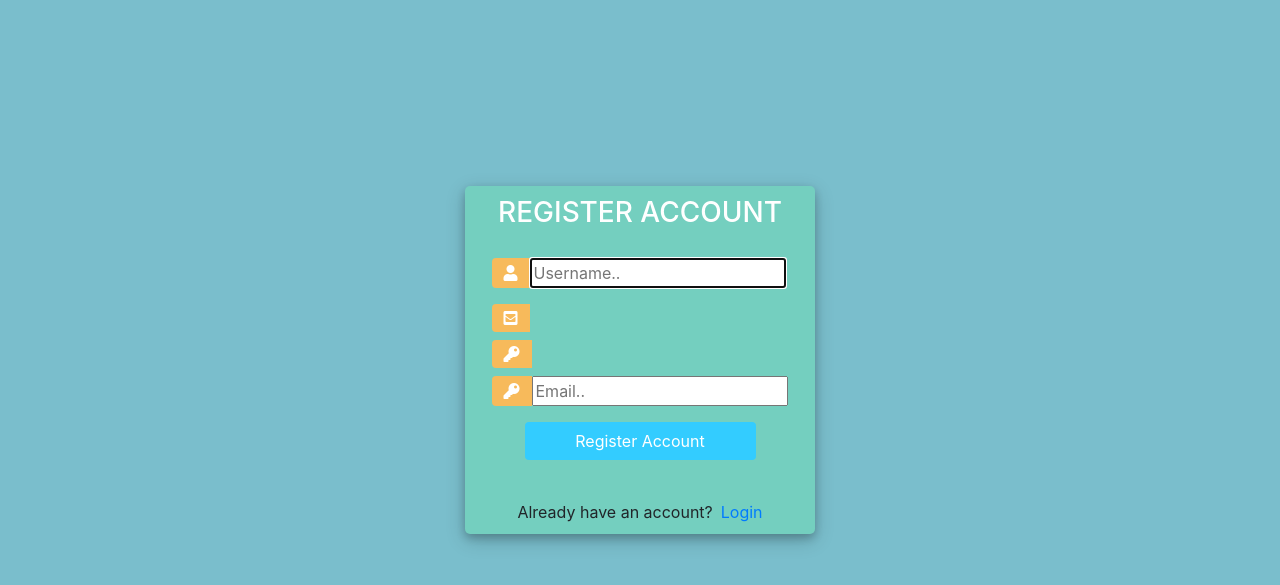
Repository: rohollah-naghipour/Login-form
Page: http://localhost/register/
The author's editor kept a copy of each file at every save. The page is drawn from the files as they stood at one save, then again after the next save.
The browser window is 1280 px wide. The pictures show the whole page.
Some web libraries are served in a nearby version. The page is served by the project's application, run on Django 5.2 (manage.py). Other server files are loaded and not shown.

Above is the page before, as saved 2024-12-04 18:19:02.
Console error: TypeError: Cannot set properties of undefined (setting 'placeholder')

### users/templates/register.html

<html>

<head>
	<title>Login</title>
	<link rel="stylesheet" href="https://stackpath.bootstrapcdn.com/bootstrap/4.1.3/css/bootstrap.min.css" integrity="sha384-MCw98/SFnGE8fJT3GXwEOngsV7Zt27NXFoaoApmYm81iuXoPkFOJwJ8ERdknLPMO" crossorigin="anonymous">
	<script src="https://ajax.googleapis.com/ajax/libs/jquery/3.3.1/jquery.min.js"></script>
	<link rel="stylesheet" href="https://use.fontawesome.com/releases/v5.6.1/css/all.css" integrity="sha384-gfdkjb5BdAXd+lj+gudLWI+BXq4IuLW5IT+brZEZsLFm++aCMlF1V92rMkPaX4PP" crossorigin="anonymous">

	<style>
		body,
		html {
			margin: 0;
			padding: 0;
			height: 100%;
			background: #7abecc !important;
		}
		.user_card {
			width: 350px;
			margin-top: auto;
			margin-bottom: auto;
			background: #74cfbf;
			position: relative;
			display: flex;
			justify-content: center;
			flex-direction: column;
			padding: 10px;
			box-shadow: 0 4px 8px 0 rgba(0, 0, 0, 0.2), 0 6px 20px 0 rgba(0, 0, 0, 0.19);
			-webkit-box-shadow: 0 4px 8px 0 rgba(0, 0, 0, 0.2), 0 6px 20px 0 rgba(0, 0, 0, 0.19);
			-moz-box-shadow: 0 4px 8px 0 rgba(0, 0, 0, 0.2), 0 6px 20px 0 rgba(0, 0, 0, 0.19);
			border-radius: 5px;

		}

		.form_container {
			margin-top: 20px;
		}

		#form-title{
			color: #fff;
		}
		.login_btn {
			width: 100%;
			background: #33ccff !important;
			color: white !important;
		}
		.login_btn:focus {
			box-shadow: none !important;
			outline: 0px !important;
		}
		.login_container {
			padding: 0 2rem;
		}
		.input-group-text {
			background: #f7ba5b !important;
			color: white !important;
			border: 0 !important;
			border-radius: 0.25rem 0 0 0.25rem !important;
		}
		.input_user,
		.input_pass:focus {
			box-shadow: none !important;
			outline: 0px !important;
		}

	</style>

</head>
<body>
	<div class="container h-100">
		<div class="d-flex justify-content-center h-100">
			<div class="user_card">
				<div class="d-flex justify-content-center">
					<h3 id="form-title">REGISTER ACCOUNT</h3>
				</div>
				<div class="d-flex justify-content-center form_container">

					<form method="POST" action="">
                        {% csrf_token %}
						<div class="input-group mb-3">
							<div class="input-group-append">
								<span class="input-group-text"><i class="fas fa-user"></i></span>
							</div>
							{{form.username}}
						</div>
						<div class="input-group mb-2">
							<div class="input-group-append">
								<span class="input-group-text"><i class="fas fa-envelope-square"></i></span>
							</div>
							{{form.email}}
						</div>
						<div class="input-group mb-2">
							<div class="input-group-append">
								<span class="input-group-text"><i class="fas fa-key"></i></span>
							</div>
							{{form.password}}
						</div>
						<div class="input-group mb-2">
							<div class="input-group-append">
								<span class="input-group-text"><i class="fas fa-key"></i></span>
							</div>
							<input type="text" name="password2">
						</div>

				   		<div class="d-flex justify-content-center mt-3 login_container">
				 			<input class="btn login_btn" type="submit" value="Register Account">
				   		</div>
					</form>
				</div>
                {{form.errors}}
				<div class="mt-4">
					<div class="d-flex justify-content-center links">
						Already have an account? <a href="{% url 'login' %}" class="ml-2">Login</a>
					</div>
				</div>
			</div>
		</div>
	</div>
	<script>
						/* Because i didnt set placeholder values in forms.py they will be set here using vanilla Javascript
		//We start indexing at one because CSRF_token is considered and input field
		 */

		//Query All input fields
		var form_fields = document.getElementsByTagName('input')
		form_fields[1].placeholder='Username..';
		form_fields[2].placeholder='Email..';
		form_fields[3].placeholder='Enter password...';
		form_fields[4].placeholder='Re-enter Password...';


		for (var field in form_fields){
			form_fields[field].className += ' form-control'
		}
	</script>
</body>
</html>

### users/forms.py
from django.contrib.auth.forms import UserCreationForm

from .models import User


class CreateUserForm(UserCreationForm):
    class meta:
        model = User
        fields = ['username', 'email', 'password']

#def save(self, commit=True):
        #User = super(self).save(commit=False)
        #User.email = self.cleaned_data['email']
        #if commit:
            #User.save()
            #return User

### users/views.py
from django.shortcuts import render, redirect
from django.http import HttpResponse
from django.forms import inlineformset_factory
from django.contrib.auth.forms import UserCreationForm

from .models import User
from .forms import CreateUserForm


def registerPage(request):
    form = CreateUserForm()

    if request == 'POST':
        form = CreateUserForm(request.POST)
        if form.is_valid():
            form.save()
            print("user created OK 200 ")
            return redirect('login')

        if not form.is_valid():
            print(form.errors)

    context = {'form': form}
    return render(request, 'register.html', context)




def loginPage(request):
    context = {}
    return render(request, 'login.html', context)

### Login_form/urls.py


from django.contrib import admin
from django.urls import path, include


urlpatterns = [
    path('admin/', admin.site.urls),
    path('', include('users.urls')),
]

### users/urls.py
from django.urls import path
from . import views


urlpatterns = [
    path('register/', views.registerPage ,name = 'register'),
    path('login/', views.loginPage, name = 'login')
]

After the next save:
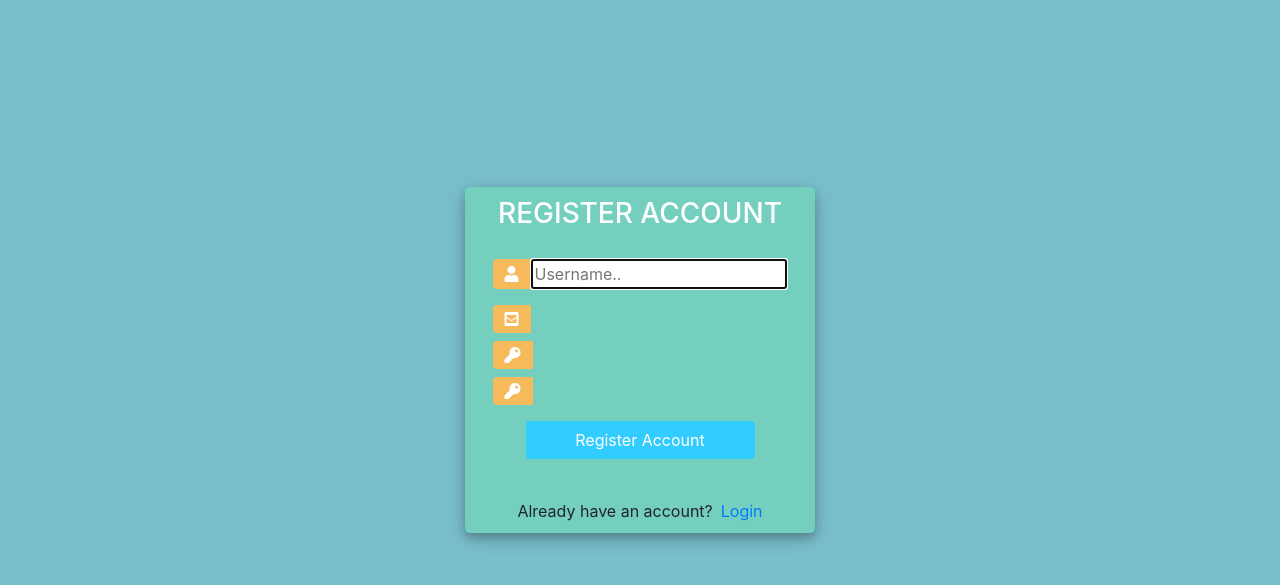
Saved 3 min 31 s later.
--- a/users/templates/register.html
+++ b/users/templates/register.html
@@ -99,7 +99,6 @@
 							<div class="input-group-append">
 								<span class="input-group-text"><i class="fas fa-key"></i></span>
 							</div>
-							<input type="text" name="password2">
 						</div>
 
 				   		<div class="d-flex justify-content-center mt-3 login_container">
